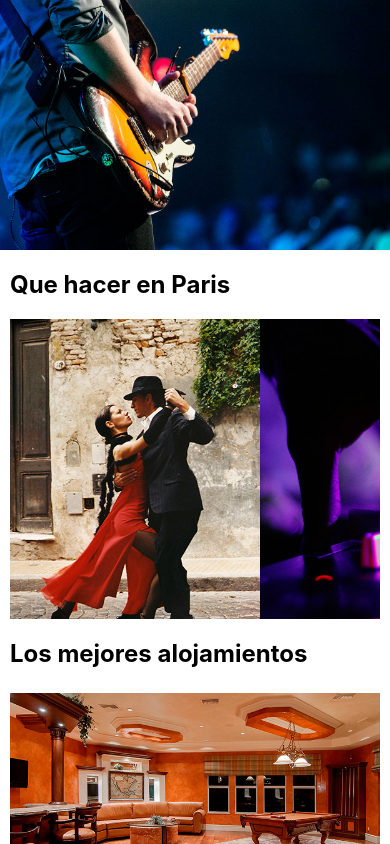
Repository: AleMicky/layout
Screen: /
These files come from the project's save history. The screen is drawn as it stood at one moment and after the next save; the edit follows.
An inner scrolling area shows only its first screen. The app was drawn by React Native's web renderer in a window 390 px wide. The project was rebuilt for these pictures with package versions that can differ from the ones it lists, and the page was loaded fresh each time.

Above is the screen before, as saved 2020-06-27 16:53:08.

### App.js
import React from 'react';
import { StyleSheet, View, Image, Text, ScrollView } from 'react-native';


const App = () => {
  return (
    <>
      <ScrollView>
        <View style={{flexDirection:'row'}}>
            <Image  style={styles.banner}
                    source={require('./assets/img/bg.jpg')} />
        </View>
        <View style={styles.contenedor}>
            <Text style={styles.titulo}>Que hacer en Paris</Text>
            <ScrollView
              horizontal
            >
                <View>
                  <Image  style={styles.ciudad}
                          source={require('./assets/img/actividad1.jpg')} />
                </View>
                <View>
                  <Image  style={styles.ciudad}
                          source={require('./assets/img/actividad2.jpg')} />
                </View>
                <View>
                  <Image  style={styles.ciudad}
                          source={require('./assets/img/actividad3.jpg')} />
                </View>
                <View>
                  <Image  style={styles.ciudad}
                          source={require('./assets/img/actividad4.jpg')} />
                </View>
                <View>
                  <Image  style={styles.ciudad}
                          source={require('./assets/img/actividad5.jpg')} />
                </View>
            </ScrollView>
            <Text style={styles.titulo}>Los mejores alojamientos</Text>
            <View>
                    <View>
                        <Image  style={styles.mejoresDestinos}
                               source={require('./assets/img/hospedaje1.jpg')} />
                    </View>
                    <View>
                        <Image  style={styles.mejoresDestinos}
                               source={require('./assets/img/hospedaje2.jpg')} />
                    </View>
                    <View>
                        <Image  style={styles.mejoresDestinos}
                               source={require('./assets/img/hospedaje3.jpg')} />
                    </View>
            </View>
        </View>
        </ScrollView>
    </>
  );
};

const styles = StyleSheet.create({
  banner:{
    height:250,
    flex:1
  },
  titulo:{
    fontWeight:'bold',
    fontSize:24,
    marginVertical:20
  },
  contenedor:{
    marginHorizontal: 10
  },
  ciudad:{
    width:250,
    height:300
  },
  mejoresDestinos:{
   width:'100%',
   height:200,
   marginVertical:5
  }
});

export default App;

After the next save:
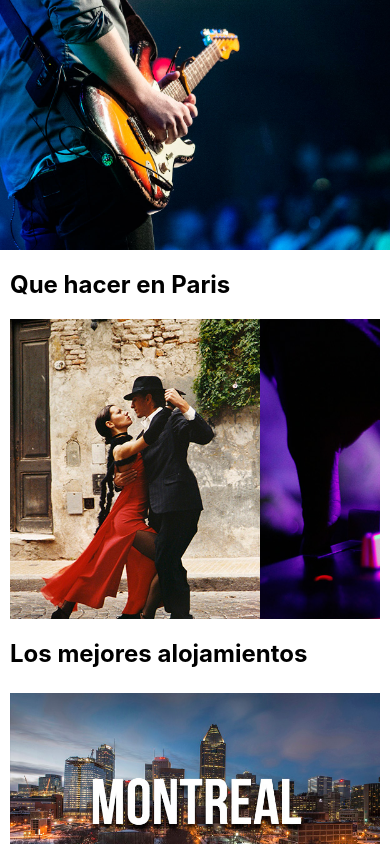
Saved 94 s later.
--- a/App.js
+++ b/App.js
@@ -40,15 +40,15 @@ const App = () => {
             <View>
                     <View>
                         <Image  style={styles.mejoresDestinos}
-                               source={require('./assets/img/hospedaje1.jpg')} />
+                               source={require('./assets/img/mejores1.jpg')} />
                     </View>
                     <View>
                         <Image  style={styles.mejoresDestinos}
-                               source={require('./assets/img/hospedaje2.jpg')} />
+                               source={require('./assets/img/mejores2.jpg')} />
                     </View>
                     <View>
                         <Image  style={styles.mejoresDestinos}
-                               source={require('./assets/img/hospedaje3.jpg')} />
+                               source={require('./assets/img/mejores3.jpg')} />
                     </View>
             </View>
         </View>
